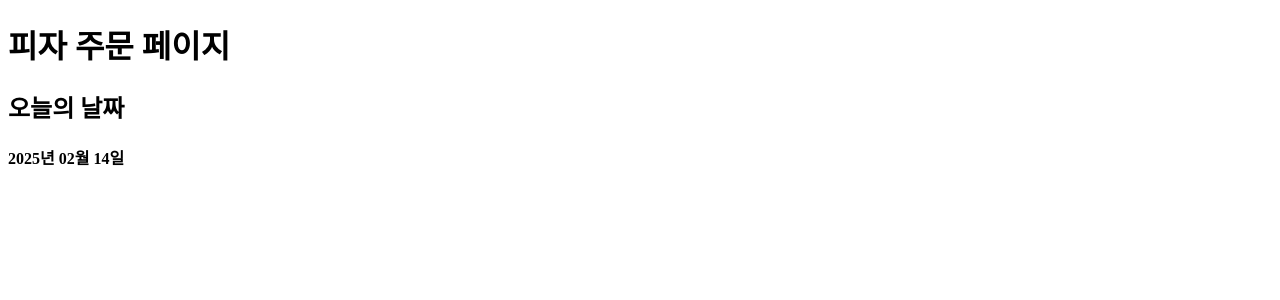
Repository: 1400CP/05_server-workspace1
Page: http://localhost/2_JSP/views/pizza/pizzaOrderForm.jsp
The author's editor kept a copy of each file at every save. The page is drawn from the files as they stood at one save, then again after the next save.
The browser window is 1280 px wide. The pictures show the whole page.
The page is served by Tomcat 9.

Above is the page before, as saved 2025-02-17 00:33:02.

After the next save:
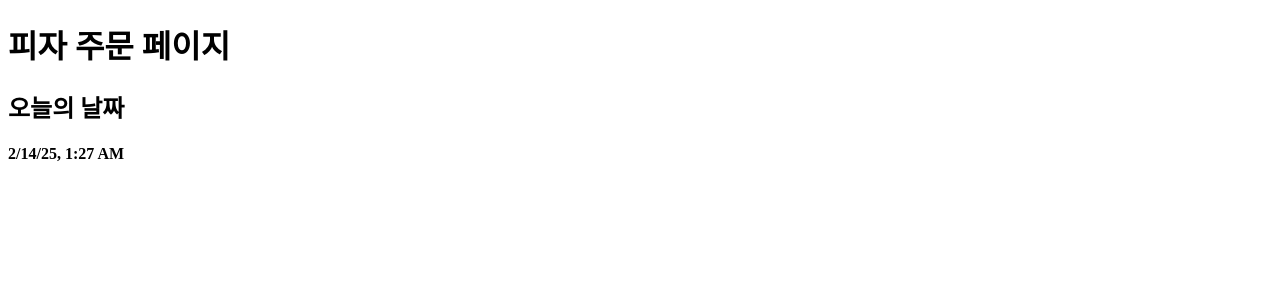
Saved 63 s later.
--- a/2_JSP/WebContent/views/pizza/pizzaOrderForm.jsp
+++ b/2_JSP/WebContent/views/pizza/pizzaOrderForm.jsp
@@ -15,10 +15,10 @@
 	<h2>오늘의 날짜</h2>
 	<%
 		Date today = new Date();
-		SimpleDateFormat sdf = new SimpleDateFormat("yyyy년 MM월 dd일");
+		SimpleDateFormat sdf = new SimpleDateFormat();
 	%>
 
-	<h4><%=sdf.format(today) %></h4>
+	<h4><%= sdf.format(today) %></h4>
 
 
 </body>

After the save that followed:
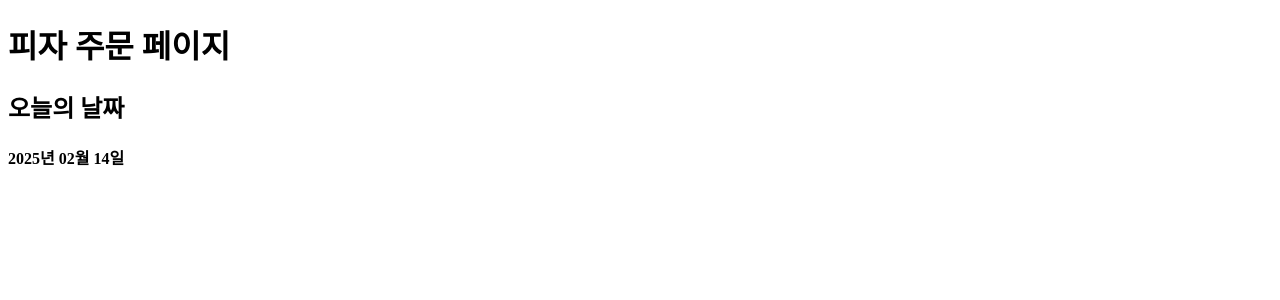
Saved 15 s later.
--- a/2_JSP/WebContent/views/pizza/pizzaOrderForm.jsp
+++ b/2_JSP/WebContent/views/pizza/pizzaOrderForm.jsp
@@ -15,7 +15,7 @@
 	<h2>오늘의 날짜</h2>
 	<%
 		Date today = new Date();
-		SimpleDateFormat sdf = new SimpleDateFormat();
+		SimpleDateFormat sdf = new SimpleDateFormat("yyyy년 MM월 dd일");
 	%>
 
 	<h4><%= sdf.format(today) %></h4>
